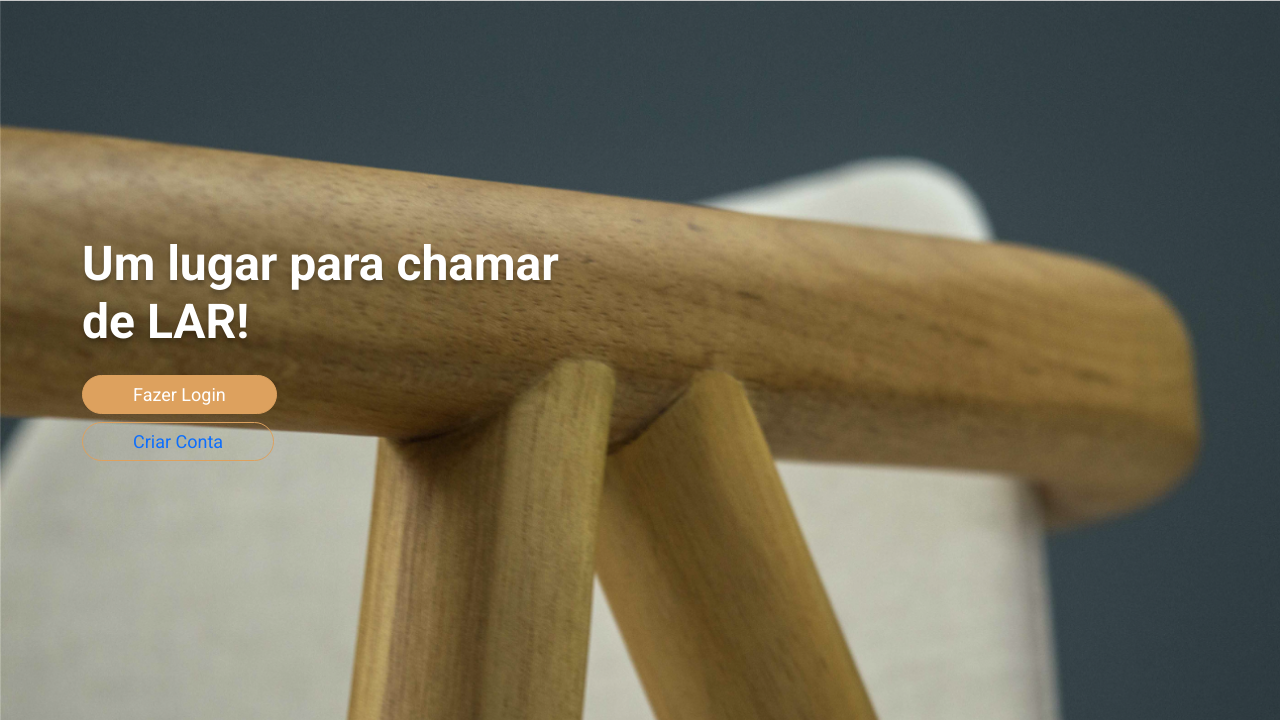
Repository: telesbp/Projeto-4-e-Projeto-5
Page: / (app in front-end/)
The author's editor kept a copy of each file at every save. The page is drawn from the files as they stood at one save, then again after the next save.
The browser window is 1280 px wide. The pictures show the whole page.
The project was rebuilt for these pictures with package versions that can differ from the ones it lists, and the page was loaded fresh each time.

Above is the page before, as saved 2022-07-17 15:59:49.

### front-end/public/index.html
<!DOCTYPE html>
<html lang="pt-BR">
  <head>
    <meta charset="utf-8" />
    <link rel="icon" href="%PUBLIC_URL%/favicon.ico" />
    <meta name="viewport" content="width=device-width, initial-scale=1" />
    <meta name="theme-color" content="#000000" />
    <meta
      name="description"
      content="Seu negócio automatizado!"
    />
    <link rel="apple-touch-icon" href="%PUBLIC_URL%/logo192.png" />
    <!--
      manifest.json provides metadata used when your web app is installed on a
      user's mobile device or desktop. See https://developers.google.com/web/fundamentals/web-app-manifest/
    -->
    <link rel="manifest" href="%PUBLIC_URL%/manifest.json" />
    <!--
      Notice the use of %PUBLIC_URL% in the tags above.
      It will be replaced with the URL of the `public` folder during the build.
      Only files inside the `public` folder can be referenced from the HTML.

      Unlike "/favicon.ico" or "favicon.ico", "%PUBLIC_URL%/favicon.ico" will
      work correctly both with client-side routing and a non-root public URL.
      Learn how to configure a non-root public URL by running `npm run build`.
    -->
    <title>Stagio</title>

    <link rel="preconnect" href="https://fonts.googleapis.com">
    <link rel="preconnect" href="https://fonts.gstatic.com" crossorigin>
    <link href="https://fonts.googleapis.com/css2?family=Roboto:wght@400;700&display=swap" rel="stylesheet">
  </head>
  <body>
    <noscript>You need to enable JavaScript to run this app.</noscript>
    <div id="root"></div>
    <!--
      This HTML file is a template.
      If you open it directly in the browser, you will see an empty page.

      You can add webfonts, meta tags, or analytics to this file.
      The build step will place the bundled scripts into the <body> tag.

      To begin the development, run `npm start` or `yarn start`.
      To create a production bundle, use `npm run build` or `yarn build`.
    -->
  </body>
</html>

### front-end/src/index.tsx
import React from 'react';
import ReactDOM from 'react-dom/client';
import App from './App';
import 'bootstrap/dist/css/bootstrap.min.css';
import { BrowserRouter } from 'react-router-dom';
import 'react-toastify/dist/ReactToastify.css';
import { ToastContainer } from 'react-toastify';
import { GlobalStyle } from './assets/css/global';

const root = ReactDOM.createRoot(
  document.getElementById('root') as HTMLElement
);
root.render(
  <React.StrictMode>
    <BrowserRouter>
    <GlobalStyle/>
      <App />
      <ToastContainer/>
    </BrowserRouter>
  </React.StrictMode>
);

### front-end/src/App.tsx
import { HomeView } from "./views/Home";

function App() {
  return (
    <HomeView/>
  );
}

export default App;

### front-end/src/assets/css/global.ts
import { createGlobalStyle } from "styled-components";

export const GlobalStyle = createGlobalStyle`
    body{
       font-family: 'Roboto', sans-serif;
    }
`

### front-end/src/views/Home/index.tsx
import { Container } from "react-bootstrap";
import styled from "styled-components";
import bgSite from "../../assets/img/cadeira1.png"
import { CustomButton } from "../../components/CustomButton";

export function HomeView(){
    return(
        <Banner className="vh-100">
            <Container className="h-100 d-flex flex-column justify-content-center align-items-center align-items-lg-start">
                <Title className="text-center text-white text-lg-start mt-auto mt-lg-0 ">Um lugar para chamar de LAR!</Title>
                <CustomButton size="lg" variant="primary" className="mt-auto mt-lg-3 mb-2">Fazer Login</CustomButton>
                <CustomButton size="lg" variant="outline-primary" className="mb-4">Criar Conta</CustomButton>
            </Container>
        </Banner>
    )
}

const Banner = styled.div`
    background: url(${bgSite}) no-repeat center center;
    background-size: cover;
`
const Title = styled.h1`
    font-size: 2.25rem;
    font-weight: bold;
    text-shadow: 0 4px 4px rgba(0, 0, 0, 0.25);
    @media (min-width: 992px){
        font-size: 3rem;
        max-width: 500px;
    }
`

### front-end/src/components/CustomButton/index.tsx
import { Button, ButtonProps } from "react-bootstrap";
import styled from "styled-components";

export function CustomButton(props: ButtonProps ) {
    return(
        <ButtonStyled {...props}/>
    )
}
const ButtonStyled = styled(Button)`
    border-radius: 50px;
    font-weight: 500;
    padding:5px 50px 5px 50px;
    ${props => props.size ==='lg' && `
        font-size: 1.125rem;
    `}
    ${props => props.variant === "primary" && `
        background-color: #dda15e;
        border-color: #dda15e;
        &:hover {
            background-color: #bc6c25;
            border-color: #bc6c25;
        }
    `}
    ${props => props.variant === "outline-primary" && `
        border-color: #dda15e;
        &:hover {
            border-color: #bc6c25;
        }
    `}
`

After the next save:
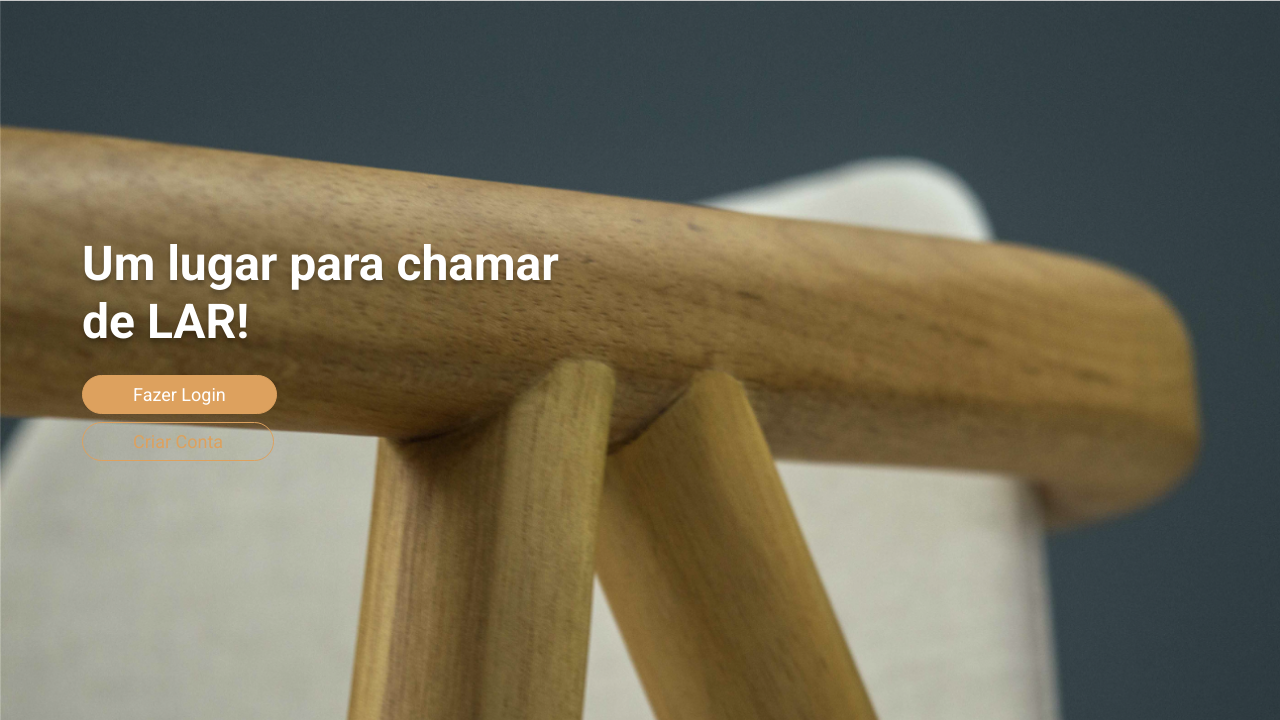
Saved 59 s later.
--- a/front-end/src/components/CustomButton/index.tsx
+++ b/front-end/src/components/CustomButton/index.tsx
@@ -23,6 +23,7 @@ const ButtonStyled = styled(Button)`
     `}
     ${props => props.variant === "outline-primary" && `
         border-color: #dda15e;
+        color: #dda15e;
         &:hover {
             border-color: #bc6c25;
         }
